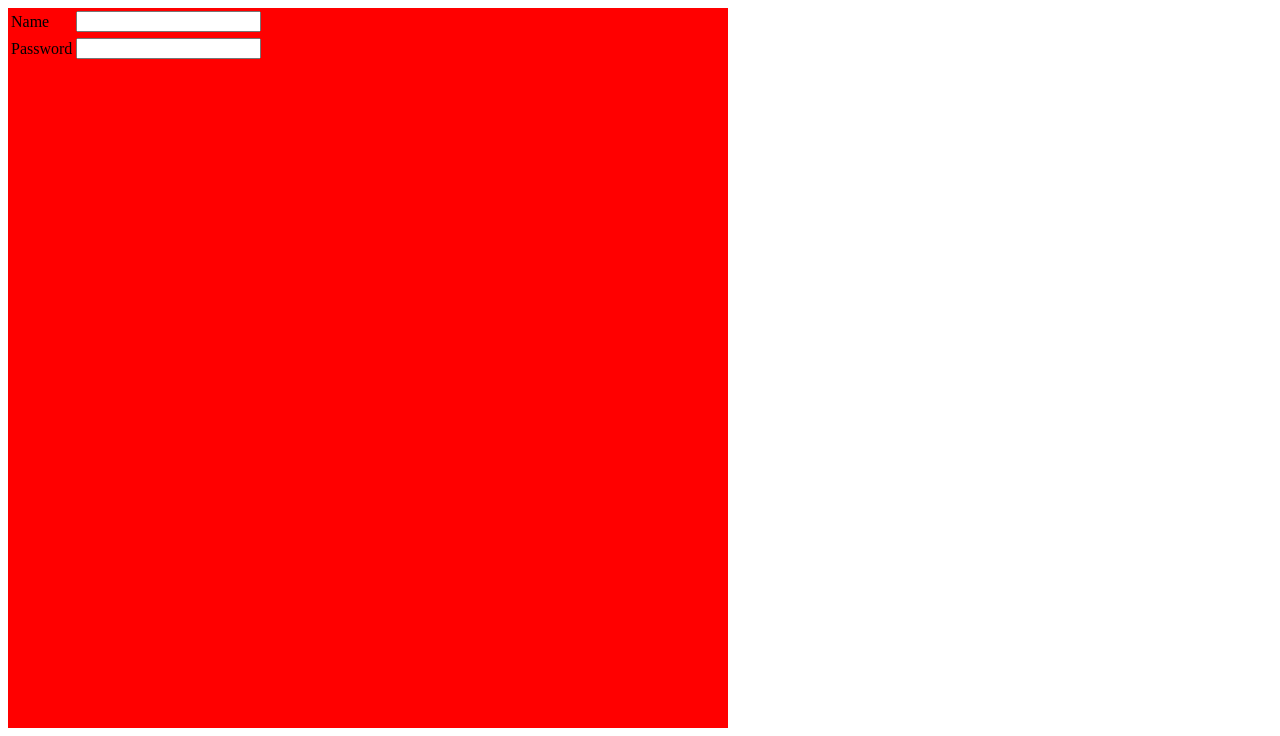
Repository: yash1sh/Java
Page: Bootcmp/Servlet_Demo/src/main/webapp/index.html
An editor plug-in stored every save of this project. The page is shown before and after the next save, followed by the edit.
The browser window is 1280 px wide. The pictures show the whole page.

Above is the page before, as saved 2022-05-14 09:36:45.

After the next save:
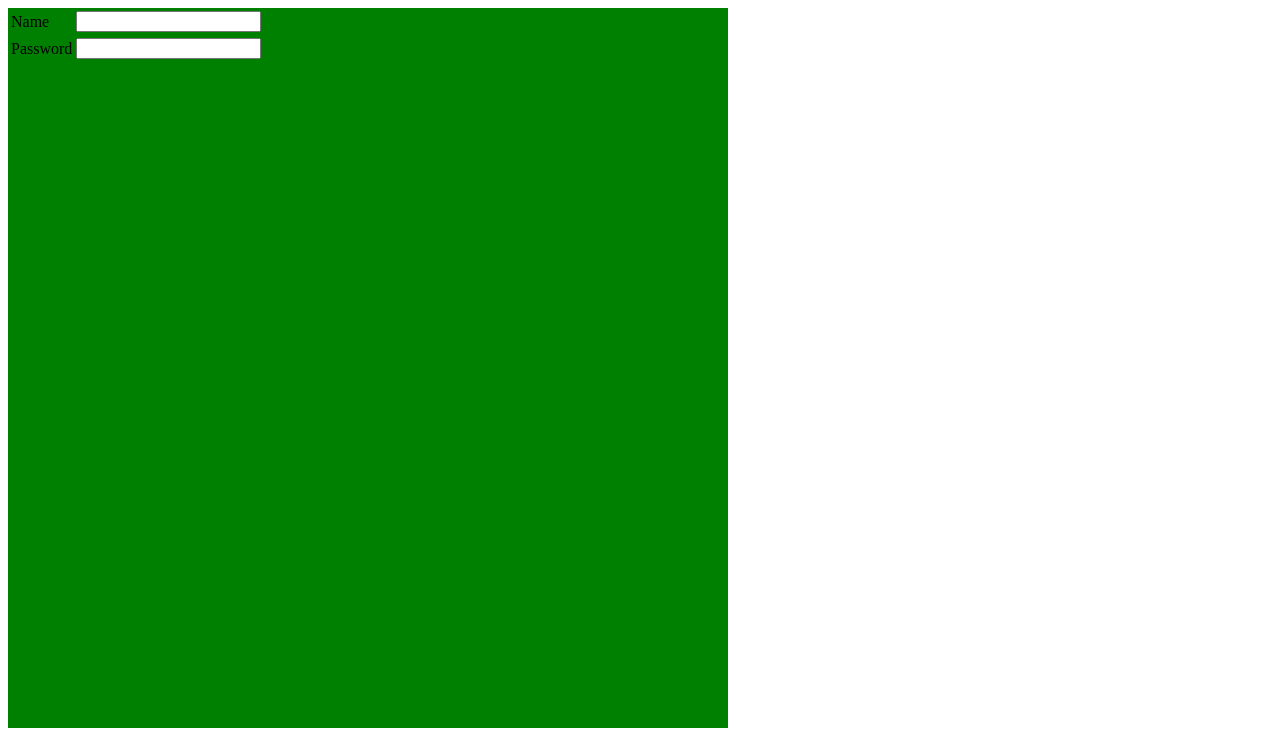
Saved 16 s later.
--- a/Bootcmp/Servlet_Demo/src/main/webapp/index.html
+++ b/Bootcmp/Servlet_Demo/src/main/webapp/index.html
@@ -6,7 +6,7 @@
 <link rel="stylesheet" type="text/css" href="indexcss.css">
 </head>
 <body>
-	<section class="form" style="background-color:red">
+	<section class="form" style="background-color:green">
 		<article>
 			<form action="">
 				<table>

After the save that followed:
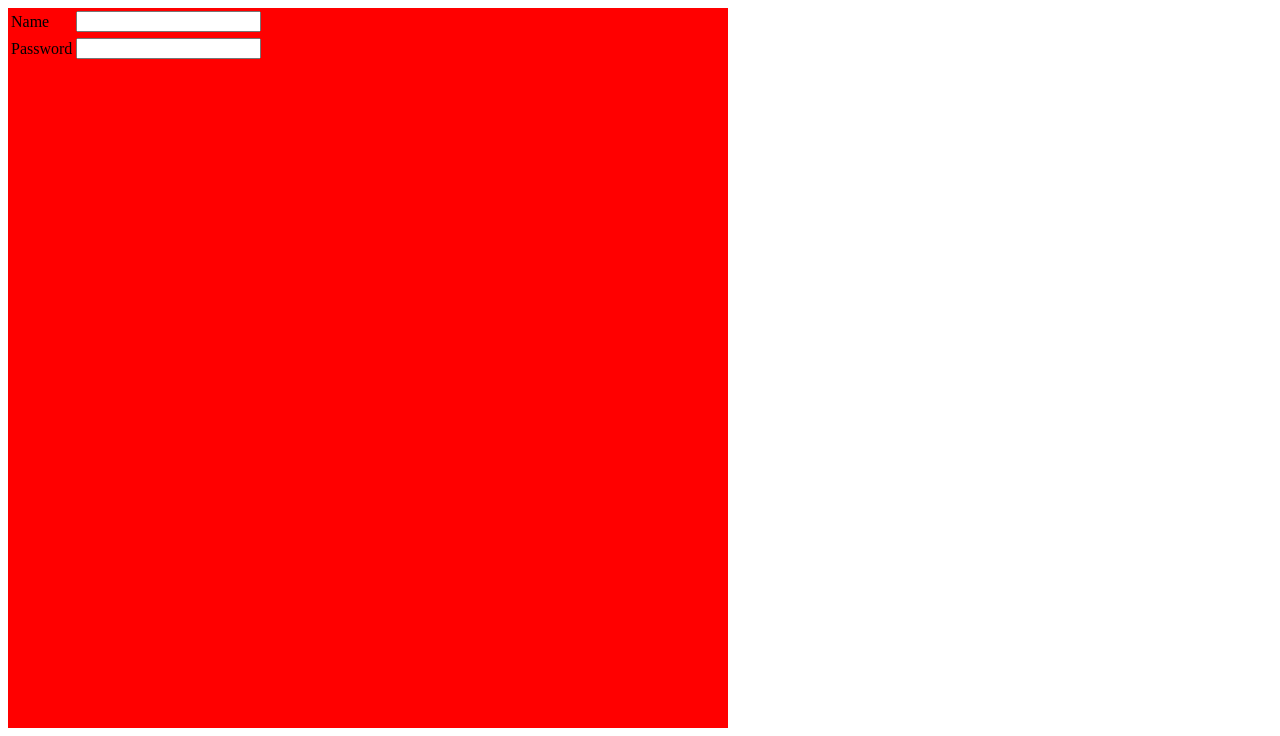
Saved 17 s later.
--- a/Bootcmp/Servlet_Demo/src/main/webapp/index.html
+++ b/Bootcmp/Servlet_Demo/src/main/webapp/index.html
@@ -6,7 +6,7 @@
 <link rel="stylesheet" type="text/css" href="indexcss.css">
 </head>
 <body>
-	<section class="form" style="background-color:green">
+	<section class="form" style="background-color:">
 		<article>
 			<form action="">
 				<table>
